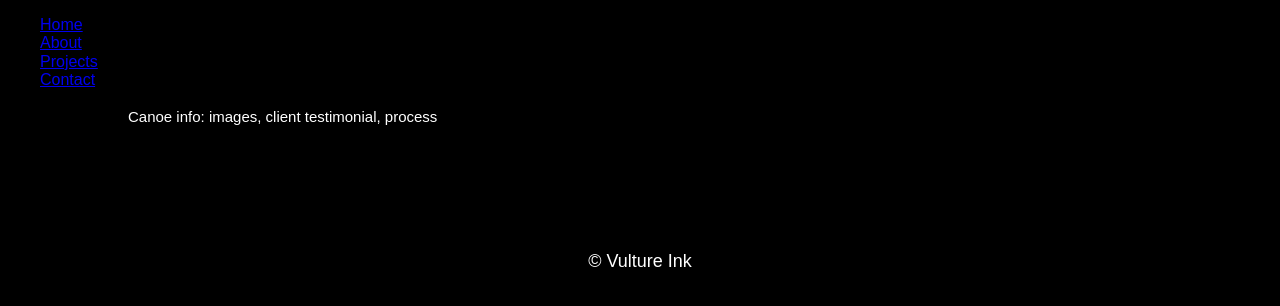
Repository: kaitlynMidori/anon_ink
Page: pages/canoe.html
An editor plug-in stored every save of this project. The page is shown before and after the next save, followed by the edit.
The browser window is 1280 px wide. The pictures show the whole page.
Some web libraries are served in a nearby version.

Above is the page before, as saved 2021-11-11 20:51:03.

### pages/canoe.html
<!DOCTYPE html>
<html lang= "en">
<head>
    <meta charset="UTF-8">
    <meta name="viewport" content="width=device-width, initial-scale=1.0">
    <meta http-equiv="X-UA-Compatible" content="ie=edge">
    <title>About</title>
    <link href="https://cdnjs.cloudflare.com/ajax/libs/normalize/8.0.1/normalize.min.css" rel="stylesheet" type="text/css" />
    <link href="https://fonts.googleapis.com/css2?family=Montserrat&display=swap" rel="stylesheet">
    <link href="../style.css" rel="stylesheet" type="text/css" />
</head>

<body>

    <header>

        <!-- <div class="logo">ANONYMOUS INK</div> -->
        <nav>
          <ul id="menu">
            <li><a href="/index.html">Home</a></li>
            <li><a href="/Pages/About.html">About</a></li>
            <li><a href="/Pages/Projects.html">Projects</a></li>
            <li><a href="/Pages/Contact.html">Contact</a></li>
          </ul>
        </nav>
    </header>

<main>
<!-- about -->
<section>
    <div class="about-container">
      <div class="about-item">
        <!-- <h1>My Story.</h1> -->
        <p>Canoe info: images, client testimonial, process </p>
        </div>

        <!-- <div class="about-video">
              <video controls muted="controls" autoplay="autoplay" loop="loop" controlslist="nodownload" width="100%" height="100%">
              <source src="../images/movie.mp4" type="video/mp4"></video>
        </div> -->
    </div>
  </section>
  </main>

<footer>
  <p>© Vulture Ink</p>
</footer>
<script
src="https://code.jquery.com/jquery-3.2.1.min.js"
integrity="sha256-hwg4gsxgFZhOsEEamdOYGBf13FyQuiTwlAQgxVSNgt4="
crossorigin="anonymous"></script>

</body>
</html>

### style.css
* {
  font-family: 'Noto Sans', sans-serif;
  font-family: 'Zen Kaku Gothic Antique', sans-serif;
  }
/* General */
body {
  background-color: black;
  margin: 0;
}

section {
  margin-bottom: 100px;
  /* border: solid green; */
}

.video-section {
  position: relative;
  max-width: 100%;
  height: auto;
  margin-bottom: 10px;
  left: 0;
  top: 0;
  align-content: center;
  background-color: black;
  /* border: solid orange; */
  display: block;
}

.mouse_scroll {
display: block;
margin: 0 auto;
width: 24px;
height: 100px;
margin-top: 10px;
  margin-bottom: 80px;
  /* border: solid red; */
}

.mouse_scroll h2 {
  text-align: center;
  display: block;
  margin: auto;
}

.m_scroll_arrows {
display: block;
width: 5px;
height: 5px;
-ms-transform: rotate(45deg); /* IE 9 */
-webkit-transform: rotate(45deg); /* Chrome, Safari, Opera */
transform: rotate(45deg);
border-right: 2px solid white;
border-bottom: 2px solid white;
margin: 0 0 3px 4px;
width: 16px;
height: 16px;
}


.unu {
margin-top: 1px;
}

.unu, .doi, .trei {
  -webkit-animation: mouse-scroll 1s infinite;
  -moz-animation: mouse-scroll 1s infinite;
  animation: mouse-scroll 1s infinite;
}

.unu {
-webkit-animation-delay: .1s;
-moz-animation-delay: .1s;
-webkit-animation-direction: alternate;
animation-direction: alternate;
animation-delay: alternate;
}

.doi {
-webkit-animation-delay: .2s;
-moz-animation-delay: .2s;
-webkit-animation-direction: alternate;
animation-delay: .2s;
animation-direction: alternate;
margin-top: -6px;
}

.trei {
-webkit-animation-delay: .3s;
-moz-animation-delay: .3s;
-webkit-animation-direction: alternate;
animation-delay: .3s;
animation-direction: alternate;
margin-top: -6px;
}

.mouse {
height: 42px;
width: 24px;
border-radius: 14px;
transform: none;
border: 2px solid white;
top: 170px;
}


.wheel {
height: 5px;
width: 2px;
display: block;
margin: 5px auto;
background: white;
position: relative;
height: 4px;
width: 4px;
border: 2px solid #fff;
-webkit-border-radius: 8px;
        border-radius: 8px;
}

.wheel {
-webkit-animation: mouse-wheel 0.6s linear infinite;
-moz-animation: mouse-wheel 0.6s linear infinite;
animation: mouse-wheel 0.6s linear infinite;
}

@-webkit-keyframes mouse-wheel{
 0% {
  opacity: 1;
  -webkit-transform: translateY(0);
  -ms-transform: translateY(0);
  transform: translateY(0);
}

100% {
  opacity: 0;
  -webkit-transform: translateY(6px);
  -ms-transform: translateY(6px);
  transform: translateY(6px);
}
}
@-moz-keyframes mouse-wheel {
0% { top: 1px; }
25% { top: 2px; }
50% { top: 3px;}
75% { top: 2px;}
100% { top: 1px;}
}
@-o-keyframes mouse-wheel {

 0% { top: 1px; }
25% { top: 2px; }
50% { top: 3px;}
75% { top: 2px;}
100% { top: 1px;}
}
@keyframes mouse-wheel {

 0% { top: 1px; }
25% { top: 2px; }
50% { top: 3px;}
75% { top: 2px;}
100% { top: 1px;}
}

@-webkit-keyframes mouse-scroll {

0%   { opacity: 0;}
50%  { opacity: .5;}
100% { opacity: 1;}
}
@-moz-keyframes mouse-scroll {

0%   { opacity: 0; }
50%  { opacity: .5; }
100% { opacity: 1; }
}
@-o-keyframes mouse-scroll {

0%   { opacity: 0; }
50%  { opacity: .5; }
100% { opacity: 1; }
}
@keyframes mouse-scroll {

0%   { opacity: 0; }
50%  { opacity: .5; }
100% { opacity: 1; }
}


.projects-section {
  padding-top: 30px;
  padding-bottom: 30px;
  background-color: #121212;
}

.contact-section {
  padding-top: 30px;
  padding-bottom: 30px;
  background-color: #121212;
  margin-bottom: 0;
}

video {
  width: 100%;
  height: auto;
  display: block;
  background-color: black;
  /* border: solid red; */
  margin-left: auto;
  margin-right: auto;
  z-index: 1;
}

.overlay {
  /* border: solid pink; */
  width: 100%;
  height: 100%;
  top: 0;
  left: 0;
  position: absolute;
  text-align: center;
  display: block;
  margin: auto;
  margin-bottom: 80px;
  color: white;
}

.overlay p {
  text-align: center;
  position: relative;
  top: 46%;
  transform: translateY(-46%);
  -ms-transform: translateY(-46%);
  -webkit-transform: translateY(-46%);
  font-size: 2.5vw;
}

footer {
  background-color: black;
  margin: auto;
  color: white;
}

footer p {
  font-size: 12px;
}

/* Typography */
h1 {
  font-size: 28px;
  color: black;
  font-weight: 400;
}

h2 {
  font-size: 24px;
  font-weight: bolder;
  color: white;
  margin: 0 10px;
}

h3 {
  font-size: 20px;
  font-weight: 500;
}

p {
  font-size: 15px;
  line-height: 1.5em;
  margin-bottom: 0;
  color: white;
}

main a {
  font-weight: 700;
  text-decoration: none;
}

main a:link{color: white;}
main a:visited{color: rgb(168, 206, 111);}
main main a:hover{color: greenyellow;}
a:active{color:  rgb(133, 186, 55);}

a:hover {
  text-decoration: underline;
}

footer p {
  font-size: 18px;
  color: white;
  text-align: center;
  padding: 20px;
}

footer h2 {
  color: black;
}

main img {
  width: 100%;
  /* border: solid orange; */
}

img.image-enhanced {
  border-radius: 8px;
}

.group {
  display: flex;
  flex-direction: column;
}

.item {
  flex: 1;
  margin: 10px;
}

.item-double {
  color: white;
  flex: 2;
}

/* Desktop groups/items */
@media all and (min-width: 800px){
section {
  padding: 0 10%;
}
.group {
  flex-direction: row-reverse;
}
}

/* *****************PROJECTS**************** */
.card-container {
  max-width: 1200px;
  min-width: 370px;
  margin: auto;
  display: flex;
  flex-direction: row;
  flex-wrap: wrap;
  justify-content: space-evenly;

  padding-top: 10px;
}

.row-one {
  justify-content: space-evenly;
  display: flex;
  flex-wrap: wrap;
  padding-top: 20px;
}

.card p {
  font-size: 16px;
  padding-left: 4px;
  padding-right: 4px;
  color: black;
}

.card #card1 {
  padding-top: 5px;
  background-repeat: no-repeat;
  background-size:cover;
  background-position: top;
  display: block;
  margin: 0 auto;
  text-indent: -9999px;
  width: 15rem;
  height: 20rem;
  border: transparent;
  border-radius: 10px;
  text-decoration: none;
}

.card #card1:hover {
  font-size: 30px;
  color: black;
  display: block;
  margin: 0 auto;
  text-indent: 0;
  justify-content: center;
  background-color: rgb(238, 228, 211, .8);
  background-blend-mode: hue;
}

.card #card2 {
  padding-top: 5px;
  background-repeat: no-repeat;
  background-size:cover;
  background-position: top;
  display: block;
  margin: 0 auto;
  text-indent: -9999px;
  width: 15rem;
  height: 20rem;
  border: transparent;
  border-radius: 10px;
  text-decoration: none;
}

.card #card2:hover {
  font-size: 30px;
  color: black;
  display: block;
  margin: 0 auto;
  text-indent: 0;
  justify-content: center;
  background-color: rgb(238, 228, 211, .8);
  background-blend-mode: hue;
}

.card #card3 {
  padding-top: 5px;
  background-repeat: no-repeat;
  background-size:cover;
  background-position: top;
  display: block;
  margin: 0 auto;
  text-indent: -9999px;
  width: 15rem;
  height: 20rem;
  border: transparent;
  border-radius: 10px;
  text-decoration: none;
}

.card #card3:hover {
  font-size: 30px;
  color: black;
  display: block;
  margin: 0 auto;
  text-indent: 0;
  justify-content: center;
  background-color: rgb(238, 228, 211, .8);
  background-blend-mode: hue;
}

.card #card4 {
  padding-top: 5px;
  background-repeat: no-repeat;
  background-size:cover;
  background-position: top;
  display: block;
  margin: 0 auto;
  text-indent: -9999px;
  width: 15rem;
  height: 20rem;
  border: transparent;
  border-radius: 10px;
  text-decoration: none;
}

.card #card4:hover {
  font-size: 30px;
  color: black;
  display: block;
  margin: 0 auto;
  text-indent: 0;
  justify-content: center;
  background-color: rgb(238, 228, 211, .8);
  background-blend-mode: hue;
}

.card #card5 {
  padding-top: 5px;
  background-repeat: no-repeat;
  background-size:cover;
  background-position: top;
  display: block;
  margin: 0 auto;
  text-indent: -9999px;
  width: 15rem;
  height: 20rem;
  border: transparent;
  border-radius: 10px;
  text-decoration: none;
}

.card #card5:hover {
  font-size: 30px;
  color: black;
  display: block;
  margin: 0 auto;
  text-indent: 0;
  justify-content: center;
  background-color: rgb(238, 228, 211, .8);
  background-blend-mode: hue;
}

.card #card6 {
  padding-top: 5px;
  background-repeat: no-repeat;
  background-size:cover;
  background-position: top;
  display: block;
  margin: 0 auto;
  text-indent: -9999px;
  width: 15rem;
  height: 20rem;
  border: transparent;
  border-radius: 10px;
  text-decoration: none;
}

.card #card6:hover {
  font-size: 30px;
  color: black;
  display: block;
  margin: 0 auto;
  text-indent: 0;
  justify-content: center;
  background-color: rgb(238, 228, 211, .8);
  background-blend-mode: hue;
}

.card #card7 {
  padding-top: 5px;
  background-repeat: no-repeat;
  background-size:cover;
  background-position: top;
  display: block;
  margin: 0 auto;
  text-indent: -9999px;
  width: 15rem;
  height: 20rem;
  border: transparent;
  border-radius: 10px;
  text-decoration: none;
}

.card #card7:hover {
  font-size: 30px;
  color: black;
  display: block;
  margin: 0 auto;
  text-indent: 0;
  justify-content: center;
  background-color: rgb(238, 228, 211, .8);
  background-blend-mode: hue;
}

.card #card8 {
  padding-top: 5px;
  background-repeat: no-repeat;
  background-size:cover;
  background-position: top;
  display: block;
  margin: 0 auto;
  text-indent: -9999px;
  width: 15rem;
  height: 20rem;
  border: transparent;
  border-radius: 10px;
  text-decoration: none;
}

.card #card8:hover {
  font-size: 30px;
  color: black;
  display: block;
  margin: 0 auto;
  text-indent: 0;
  justify-content: center;
  background-color: rgb(238, 228, 211, .8);
  background-blend-mode: hue;
}

/* The flip card container - set the width and height to whatever you want. We have added the border property to demonstrate that the flip itself goes out of the box on hover (remove perspective if you don't want the 3D effect */
.card {
  backface-visibility: hidden;
  -webkit-backface-visibility: hidden;
  border: solid;
  border-color: transparent;
  background-color: transparent;
  width: 15rem;
  height: 20rem;
  margin-bottom: 20px;
  -webkit-perspective: 1000px;
  perspective: 1000px; /* Remove this if you don't want the 3D effect */
}

/* This container is needed to position the front and back side */
.card-inner {
  position: relative;
  width: 100%;
  height: 100%;
  text-align: center;
  transition: transform 0.8s;
  -webkit-transition: -webkit-transform 0.8s;
  transform-style: preserve-3d;
  -webkit-transform-style: preserve-3d;
  transition-property: -webkit-transform;
  -webkit-transition-property: -webkit-transform;
  transition-duration: 1.5s;
  -webkit-transition-duration: 1.5s;
  backface-visibility: hidden;
  -webkit-backface-visibility: hidden;
}

/* Position the front and back side */
.card-one-front {
  position: absolute;
  border-radius: 10px;
  margin-bottom: 20px;
  background-color: #bbb;
  background-image: url(./images/SurfboardCoffetable.png);
  opacity: .8;
  background-repeat: no-repeat;
  background-size:cover;
  background-position: top;
}

.card-two-front {
  position: absolute;
  -webkit-backface-visibility: hidden;
  backface-visibility: hidden;
  border-radius: 10px;
  margin-bottom: 20px;
  background-image: url(./images/WalnutVaneerChair.png);
  opacity: .8;
  background-repeat: no-repeat;
  background-size:cover;
  background-position: top;
}

.card-three-front {
  position: absolute;
  -webkit-backface-visibility: hidden;
  backface-visibility: hidden;
  border-radius: 10px;
  margin-bottom: 20px;
  background-image: url(./images/MarilynFramed.png);
  opacity: .8;
  background-repeat: no-repeat;
  background-size:cover;
  background-position: top;
}

.card-four-front {
  position: absolute;
  -webkit-backface-visibility: hidden;
  backface-visibility: hidden;
  border-radius: 10px;
  margin-bottom: 20px;
  background-image: url(./images/Oakchair_angle.png);
  opacity: .8;
  background-repeat: no-repeat;
  background-size:cover;
  background-position: left;
}

.card-five-front {
  position: absolute;
  -webkit-backface-visibility: hidden;
  backface-visibility: hidden;
  border-radius: 10px;
  margin-bottom: 20px;
  background-image: url(./images/FvfXn.png);
  opacity: .8;
  background-repeat: no-repeat;
  background-size:cover;
  background-position: top;
}

.card-six-front {
  position: absolute;
  -webkit-backface-visibility: hidden;
  backface-visibility: hidden;
  border-radius: 10px;
  margin-bottom: 20px;
  background-image: url(./images/CELLO_BELYTRIAL_PUZZLEJOINTS.png);
  opacity: .8;
  background-repeat: no-repeat;
  background-size:cover;
  background-position: top;
}

/* *********CONTACT********* */
.contact-container {
  display: flex;
  flex-direction: row;
  flex-wrap: wrap;
  height: 100%;
  width: 100%;
  /* border: solid green; */
}

.contact-bar {
  width: 100%;
  overflow: auto;
  margin-top: 10px;
  margin-bottom: 10px;
  text-align: center;
  padding-bottom: 30px;
  /* border: solid orange; */
}

.contact-form {
  display: block;
  width: 77%;
  height: 100%;
  /* border: solid yellow; */
  color: white;
  margin: auto;
  text-align: center;
  padding-bottom: 30px;
}

.contact-bar a {
  display: inline-block;
  flex-direction: row;
  flex-wrap: nowrap;
  width: 15%;
  text-align: center;
  padding: 12px 0;
  color: black;
  transition: all 0.3s ease;
}

.contact-bar a:hover {
  background-color: white;
  color: black;
}

.location {
  display: block;
  margin: auto;
  width: 60%;
  height: auto;
  margin-bottom: 20px;
  color: white;
  text-align: center;
  /* border: solid blue; */
  overflow: hidden;
}
/****** Contact Form Design ******/
form input, form textarea {
  width: 100%;
  margin-bottom: 20px;
  margin: auto;
  border: solid thin;
  border-color: rgb(51, 51, 51);
}

form textarea {
  height: 250px;
}

After the next save:
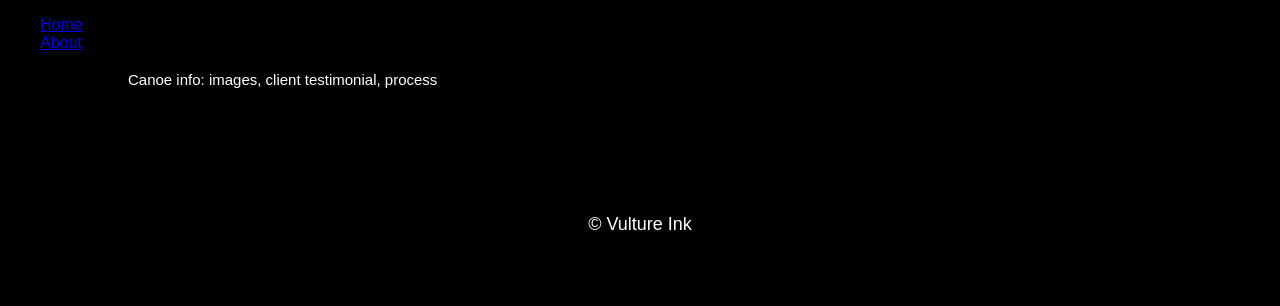
Saved 45 s later.
--- a/pages/canoe.html
+++ b/pages/canoe.html
@@ -19,8 +19,8 @@
           <ul id="menu">
             <li><a href="/index.html">Home</a></li>
             <li><a href="/Pages/About.html">About</a></li>
-            <li><a href="/Pages/Projects.html">Projects</a></li>
-            <li><a href="/Pages/Contact.html">Contact</a></li>
+            <!-- <li><a href="/Pages/Projects.html">Projects</a></li>
+            <li><a href="/Pages/Contact.html">Contact</a></li> -->
           </ul>
         </nav>
     </header>
